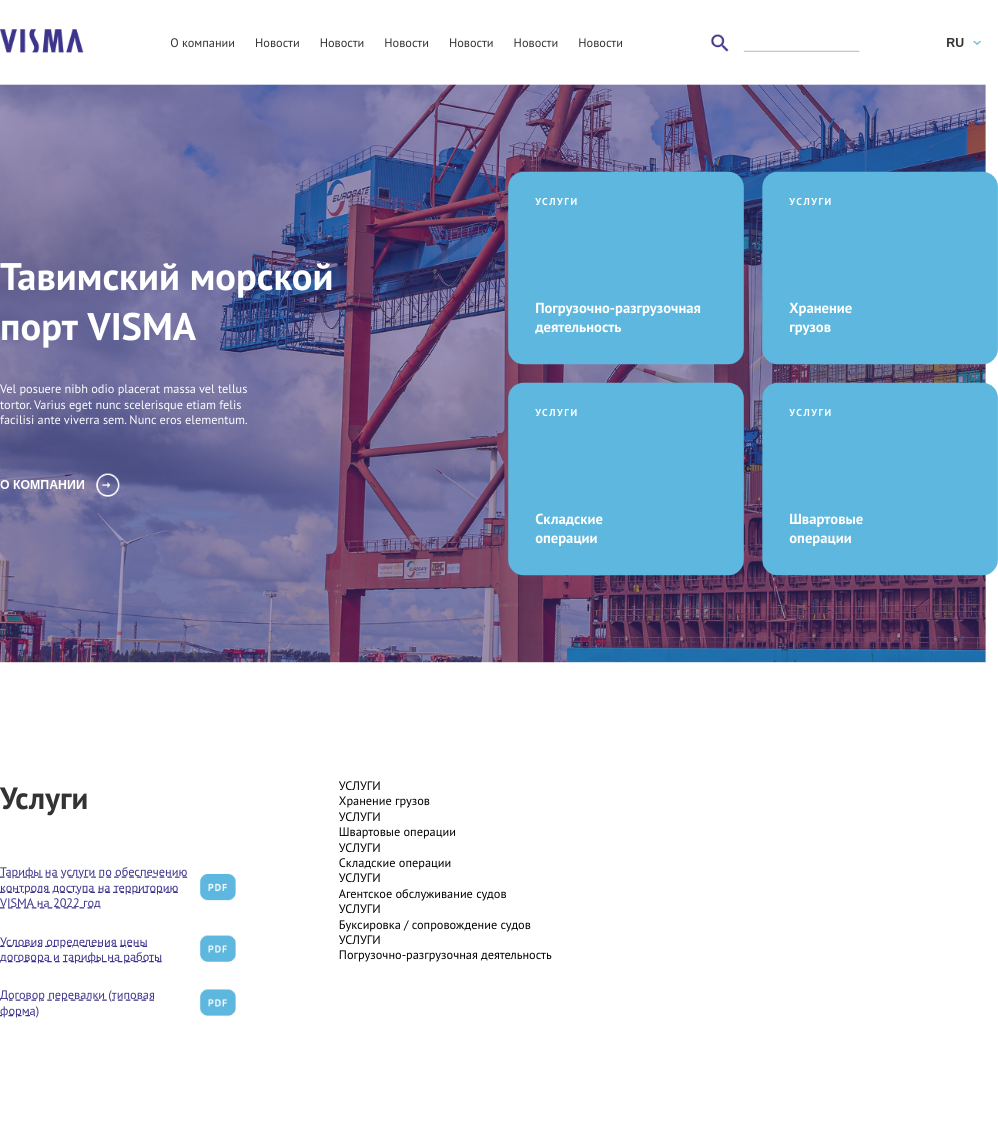
Repository: Shaiyr1/Visma
Page: index.html
An editor plug-in stored every save of this project. The page is shown before and after the next save, followed by the edit.
The browser window is 1280 px wide. The page is 1296 px wide, so the pictures cover 1296 px, including what lies to the right of the window. The pictures show the whole page, at 77% of full size.
The style sheet was rebuilt from its Sass, Less or Tailwind sources for each picture, by a compiler version that may differ from the author's.

Above is the page before, as saved 2026-09-16 14:39:30.

After the next save:
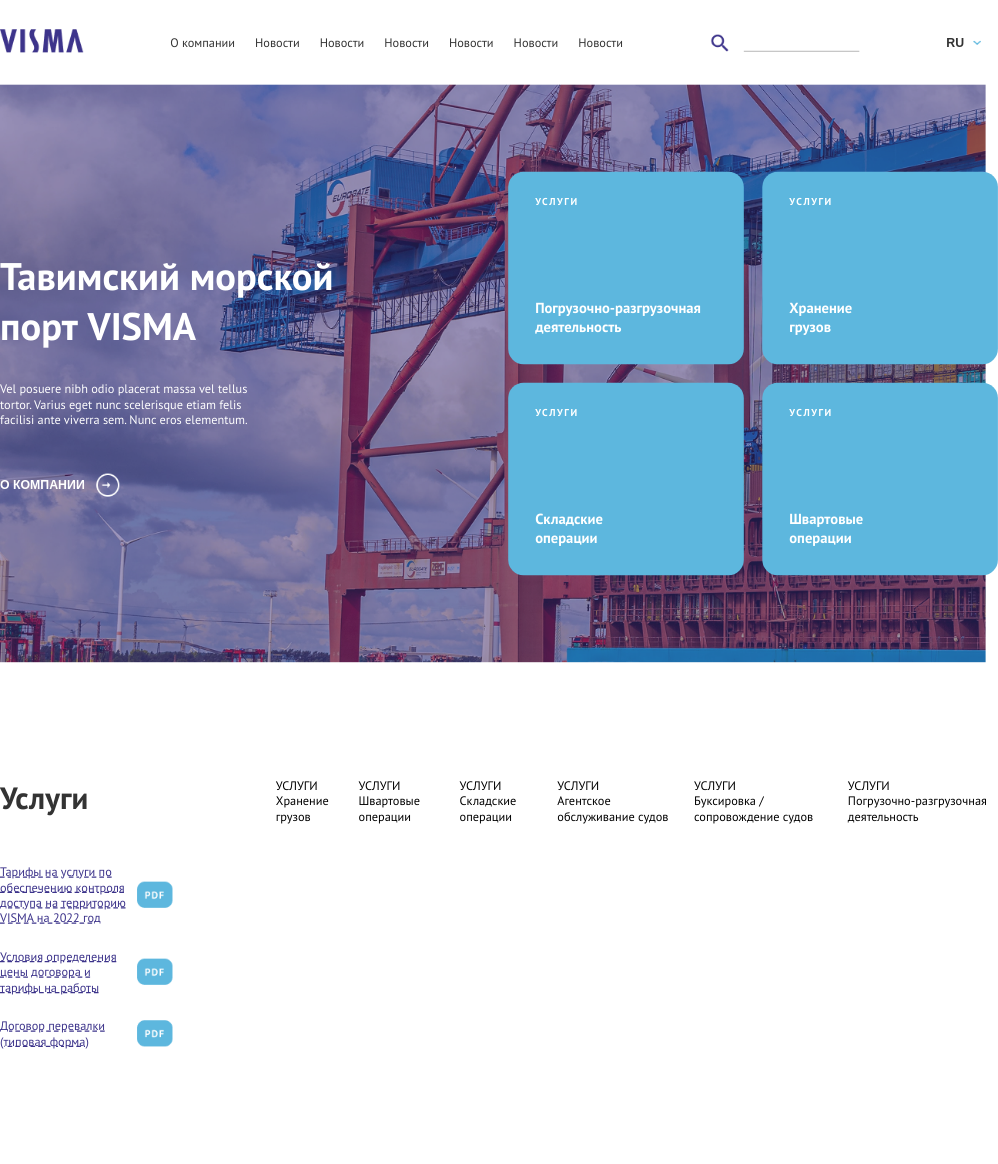
Saved 46 s later.
--- a/src/scss/services.scss
+++ b/src/scss/services.scss
@@ -43,6 +43,12 @@
     // line-height:139.9999976158142px;
 }
 
-.services-items {}
+.services-items {
+    display:flex;
+flex-direction:row;
+justify-content:flex-start;
+align-items:flex-start;
+gap:24px;
+}
 
 .services-items__item {}
